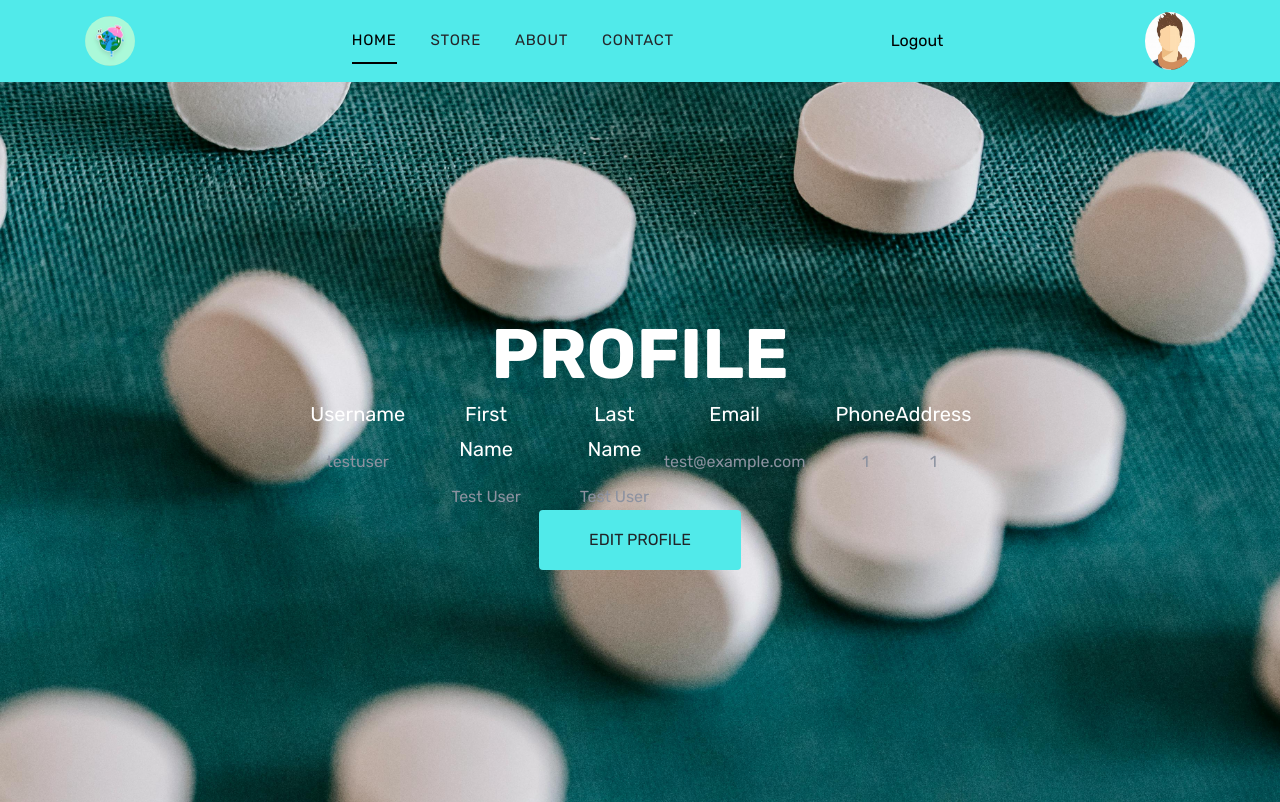
Repository: Argivist/Web-Doctor
Page: http://localhost/view/profile.php
The author's editor kept a copy of each file at every save. The page is drawn from the files as they stood at one save, then again after the next save.
The browser window is 1280 px wide. The pictures show the whole page.
Some web fonts or font styles are not loaded; a fallback is used. The page is run by PHP 8.4 with error messages shown; the project is at /var/www/html/. The session is filled in as if someone had signed in: {"id": 1, "username": "testuser", "fname": "Test User", "lname": "Test User", "email": "test@example.com", "phone": 1, "address": 1}. Other server files are loaded and not shown.

Above is the page before, as saved 2024-02-20 21:39:07.

### view/profile.php
<?php
include "../settings/connection.php";
session_start();
// if (!isset($_SESSION['id'])) {
//     header("Location: ../login/login.php");
// }
?>
<!DOCTYPE html>
<html lang="en">

<head>
    <meta charset="UTF-8">
    <meta name="viewport" content="width=device-width, initial-scale=1.0">
    <title>Document</title>


    <link href="https://fonts.googleapis.com/css?family=Rubik:400,700|Crimson+Text:400,400i" rel="stylesheet">
    <link rel="stylesheet" href="fonts/icomoon/style.css">
    <link rel="stylesheet" href="../css/bootstrap.min.css">
    <link rel="stylesheet" href="../css/magnific-popup.css">
    <link rel="stylesheet" href="../css/jquery-ui.css">
    <link rel="stylesheet" href="../css/owl.carousel.min.css">
    <link rel="stylesheet" href="../css/owl.theme.default.min.css">
    <link rel="stylesheet" href="../css/style.css">
    <link rel="stylesheet" href="../css/aos.css">
</head>

<body>
    <div class="site-wrap">

        <!--Navigation Bar-->
        <div class="site-navbar bg-primary py-2">
            <div class="container">
                <div class="d-flex align-items-center justify-content-between">
                    <div class="logo">
                        <div class="site-logo">
                            <a href="home.php" class="js-logo-clone"><img src="../img/logo/logo.png" style="width:50px; border-radius:50px;" alt="logo" /></a>
                        </div>
                    </div>
                    <div class="main-nav d-lg-block">
                        <nav class="site-navigation text-right text-md-center" role="navigation">
                            <ul class="site-menu js-clone-nav d-lg-block">
                                <li class="active"><a href="home.php">Home</a></li>
                                <li><a href="shop.php">Store</a></li>
                                <li><a href="aboutus.html">About</a></li>
                                <li><a href="contact.html">Contact</a></li>
                            </ul>
                        </nav>
                    </div>
                    <?php
                    if (isset($_SESSION['id'])) {
                        echo "<div class='logout'><a href='../actions/logout.php'>Logout</a></div>";
                    } else {
                        echo "<div class='login'><a href='../login/login.php'>Sign in</a></div>";
                    } ?>
                    <div class="profile">
                        <a href="
                        <?php
                        if (isset($_SESSION['id'])) {
                            echo "profile.php";
                        } else {
                            echo "../login/login.php";
                        }
                        ?>
                        "><img src="
                        <?php
                        if (isset($_SESSION['id'])) {
                            echo "../img/profile.jpg";
                        } else {
                            echo "../img/default_profile.jpg";
                        }
                        ?>
                        " alt="Image" class="rounded-circle" style="width:50px; border-radius:50px;"></a>
                    </div>
                </div>
            </div>
        </div>

        <!--Main Content-->
        <!--Image By: Photo by Alex Green: https://www.pexels.com/photo/pile-of-white-spilled-pills-5699514/-->
        <div class="site-blocks-cover" style="background-image: url('../img/background/pharmacy_1.jpg');">
            <div class="container">
                <div class="row">
                    <div class="col-lg-7 mx-auto order-lg-2 align-self-center">
                        <div class="site-block-cover-content text-center">
                            <!--Profile page-->
                            <h1 class="mb-0">Profile</h1>
                            <div class="row justify-content-center">
                                <div class="row">
                                    <div class="col">
                                        <p>Username</p><?php
                                                        echo $_SESSION['username'];
                                                        ?>
                                    </div>
                                    <div class="col">
                                        <p>First Name</p><?php
                                                            echo $_SESSION['fname'];
                                                            ?>
                                    </div>
                                    <div class="col">
                                        <p>Last Name</p><?php
                                                            echo $_SESSION['lname'];
                                                            ?>
                                    </div>
                                </div>

                                <div class="row">
                                    <div class="col">
                                        <p>Email</p><?php
                                                    echo $_SESSION['email'];
                                                    ?>
                                    </div>
                                    <div class="col">
                                        <p>Phone</p><?php
                                                    echo $_SESSION['phone'];
                                                    ?>
                                    </div>
                                </div>
                                <div class="row">
                                    <div class="col">
                                        <p>Address</p><?php
                                                        echo $_SESSION['address'];
                                                        ?>
                                    </div>
                                </div>
                                <div class="row">
                                    <div class="col">
                                        <a href="edit_profile.php" class="btn btn-primary px-5 py-3">Edit Profile</a>
                                    </div>
                            </div>
                        </div>
                    </div>
                </div>
            </div>
</body>

</html>

### settings/connection.php
<?php
$server="localhost:3307";
$user="root";
$passwd="root";
$db="web_doc";

$conn=mysqli_connect($server,$user,$passwd,$db) or die("Connection failed :: ".$conn->error);
?>

Loaded but not shown: css/bootstrap.min.css (library); css/magnific-popup.css (library); css/jquery-ui.css (library); css/owl.carousel.min.css (common file); css/owl.theme.default.min.css (common file); css/aos.css (library); css/style.css (1125 lines, source omitted)

After the next save:
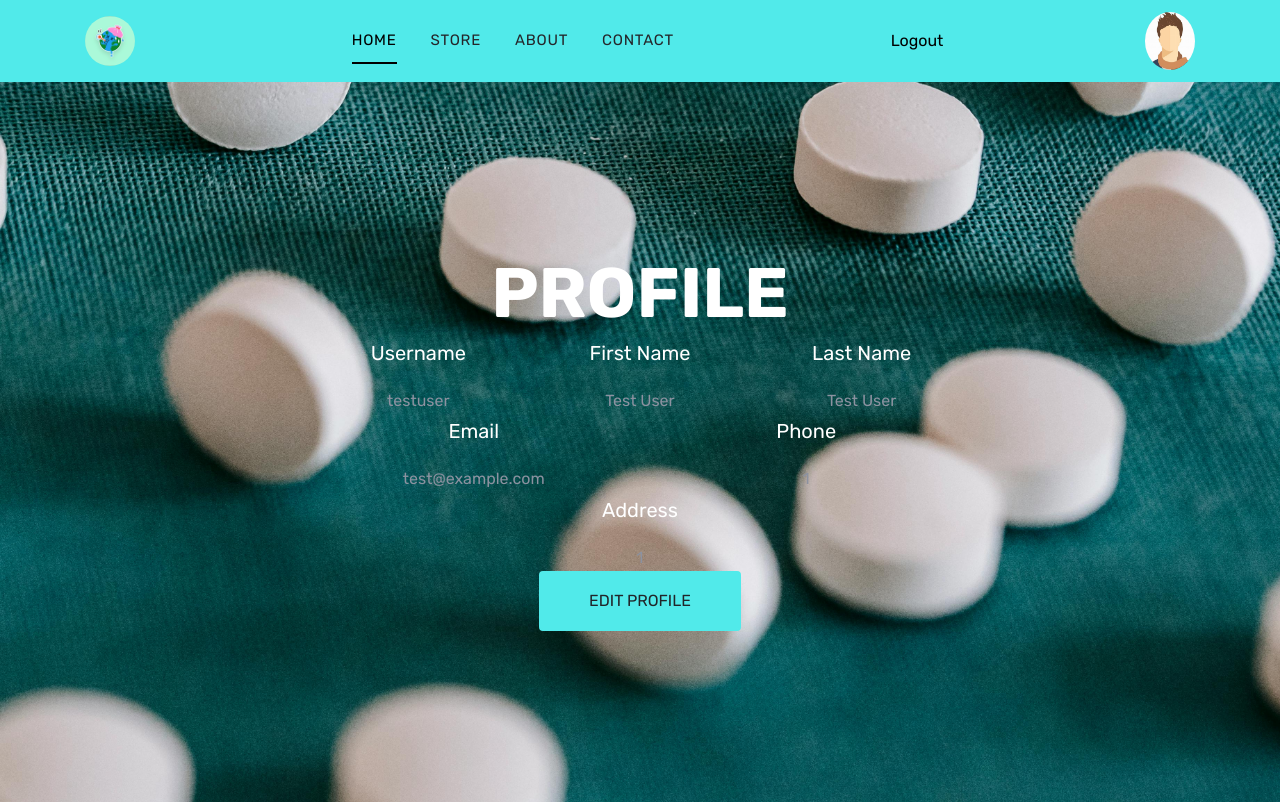
Saved 7 min 52 s later.
--- a/view/profile.php
+++ b/view/profile.php
@@ -85,7 +85,7 @@ session_start();
                         <div class="site-block-cover-content text-center">
                             <!--Profile page-->
                             <h1 class="mb-0">Profile</h1>
-                            <div class="row justify-content-center">
+
                                 <div class="row">
                                     <div class="col">
                                         <p>Username</p><?php
@@ -127,7 +127,7 @@ session_start();
                                     <div class="col">
                                         <a href="edit_profile.php" class="btn btn-primary px-5 py-3">Edit Profile</a>
                                     </div>
-                            </div>
+
                         </div>
                     </div>
                 </div>
